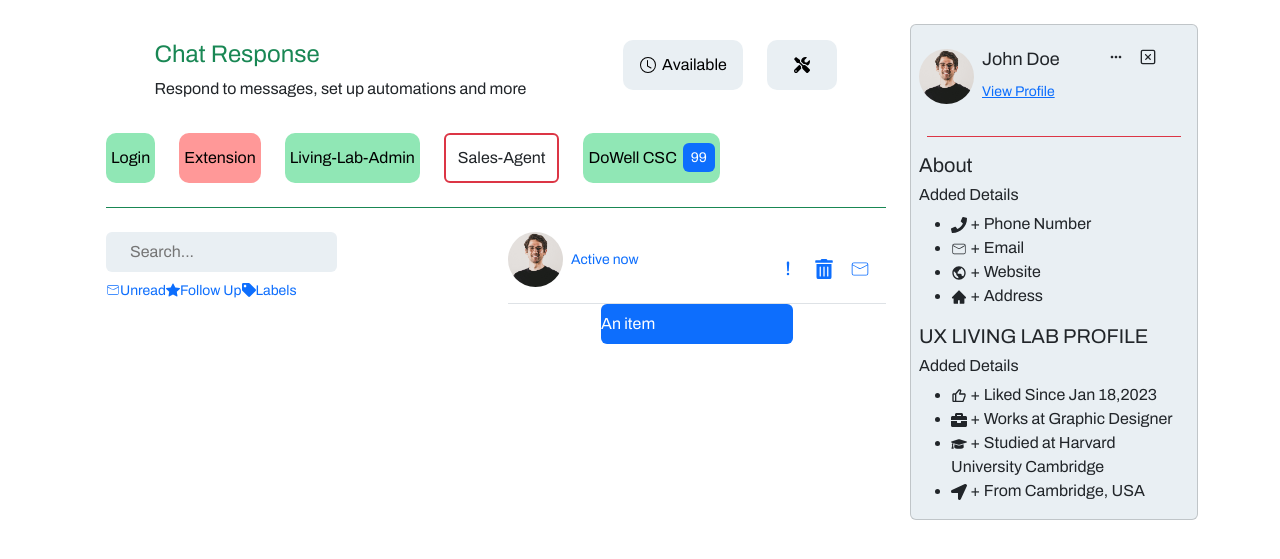
Repository: uh-sman/UX-Living-Lab-Chat
Page: /
The author's editor kept a copy of each file at every save. The page is drawn from the files as they stood at one save, then again after the next save.
The browser window is 1280 px wide. The pictures show the whole page.
The project was rebuilt for these pictures with package versions that can differ from the ones it lists, and the page was loaded fresh each time.

Above is the page before, as saved 2023-05-10 17:51:21.

After the next save:
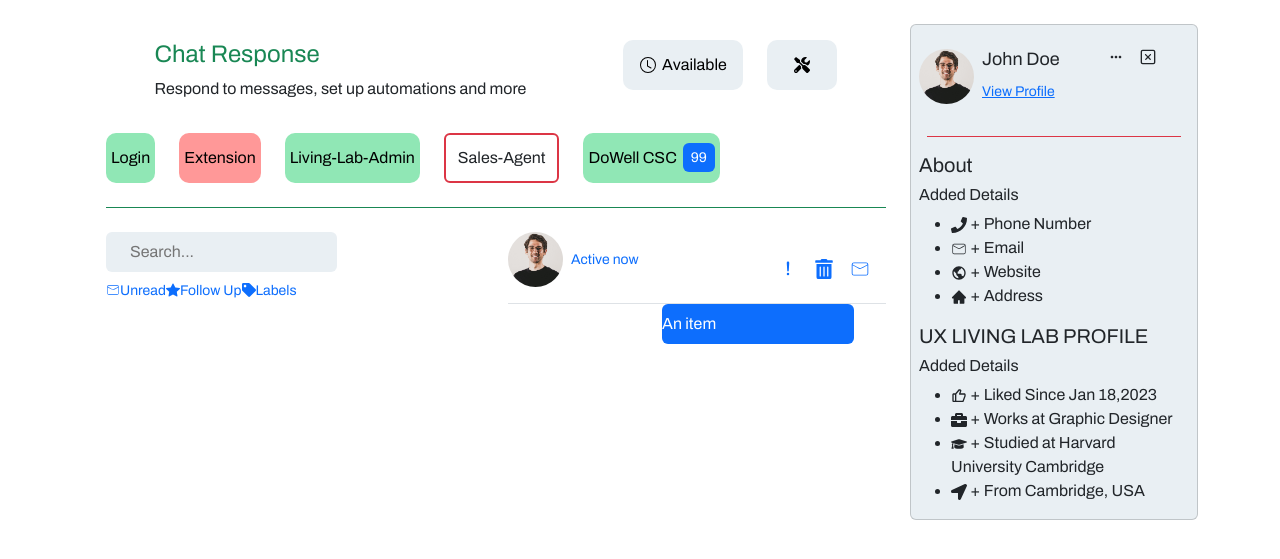
Saved 7 s later.
--- a/src/container/Chats/message/Message.jsx
+++ b/src/container/Chats/message/Message.jsx
@@ -7,7 +7,7 @@ const Message = () => {
       <div className="d-flex justify-content-end ">
         {message ? (
           <div
-            class="bg-primary text-white rounded d-flex align-items-center mx-auto"
+            class="bg-primary text-white rounded d-flex align-items-center mx-2"
             style={{ width: "12rem", height: "40px" }}
           >
             <li class="list-group-item">An item</li>
